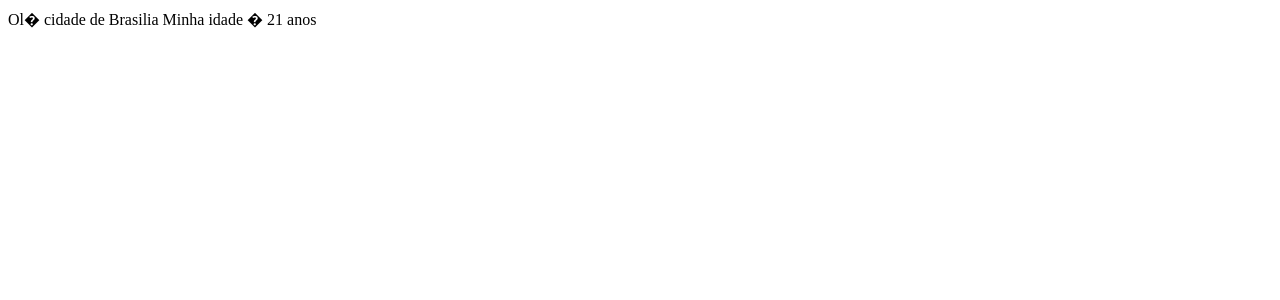
Repository: jpaulopd/PHP
Page: http://localhost/strings.php
An editor plug-in stored every save of this project. The page is shown before and after the next save, followed by the edit.
The browser window is 1280 px wide. The pictures show the whole page.
The page is run by PHP 8.4 with error messages shown; the project is at /var/www/html/.

Above is the page before, as saved 2019-05-22 12:55:43.

### eclipsePhp-workspace/php-primeiros-passos/strings.php
<?php

$cidade = "Brasilia";
$idade = 21;

echo 'Olá cidade de ' . $cidade;

echo "\n";

echo "Minha idade é $idade anos \n" ;

After the next save:
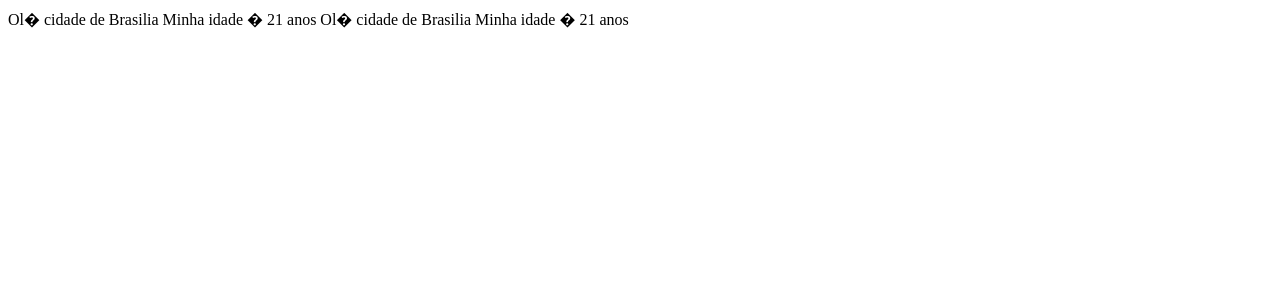
Saved 117 s later.
--- a/eclipsePhp-workspace/php-primeiros-passos/strings.php
+++ b/eclipsePhp-workspace/php-primeiros-passos/strings.php
@@ -8,3 +8,7 @@ echo 'Olá cidade de ' . $cidade;
 echo "\n";
 
 echo "Minha idade é $idade anos \n" ;
+
+echo 'Olá cidade de ' . $cidade . PHP_EOL;
+
+echo "Minha idade é $idade anos \n" ;
